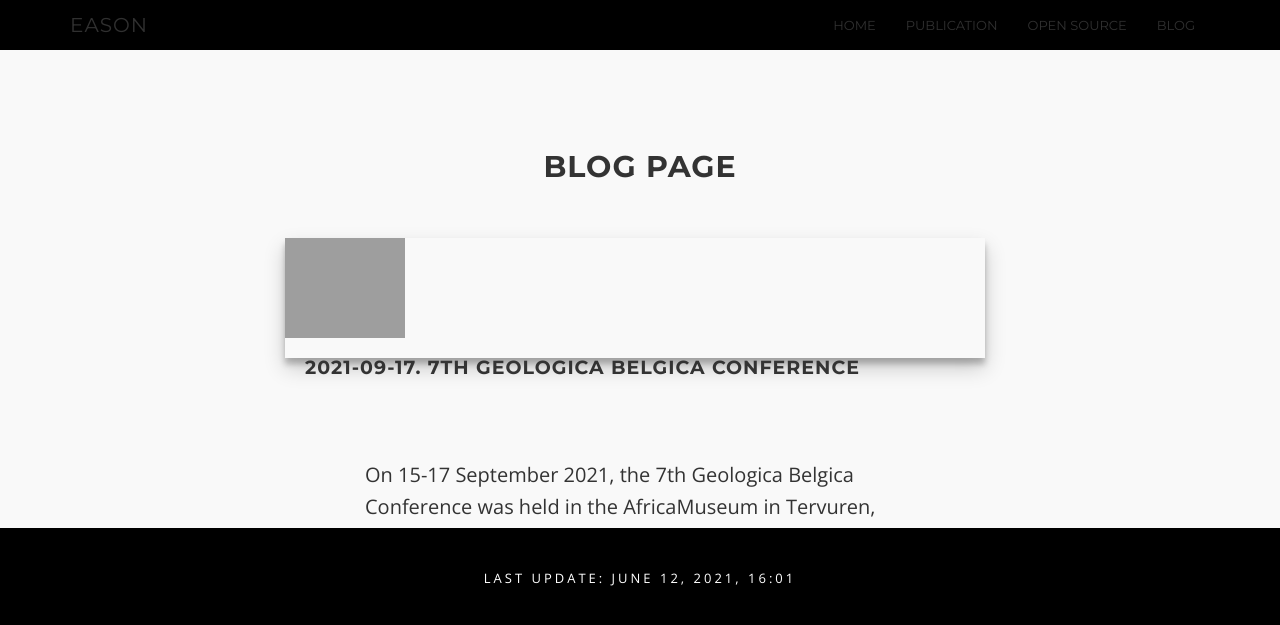
Repository: eazzzon/eazzzon.github.io
Page: blog.html
An editor plug-in stored every save of this project. The page is shown before and after the next save, followed by the edit.
The browser window is 1280 px wide. The pictures show the whole page.
Pictures or frames that could not be fetched are drawn as grey boxes.

Above is the page before, as saved 2021-09-18 13:15:08.

After the next save:
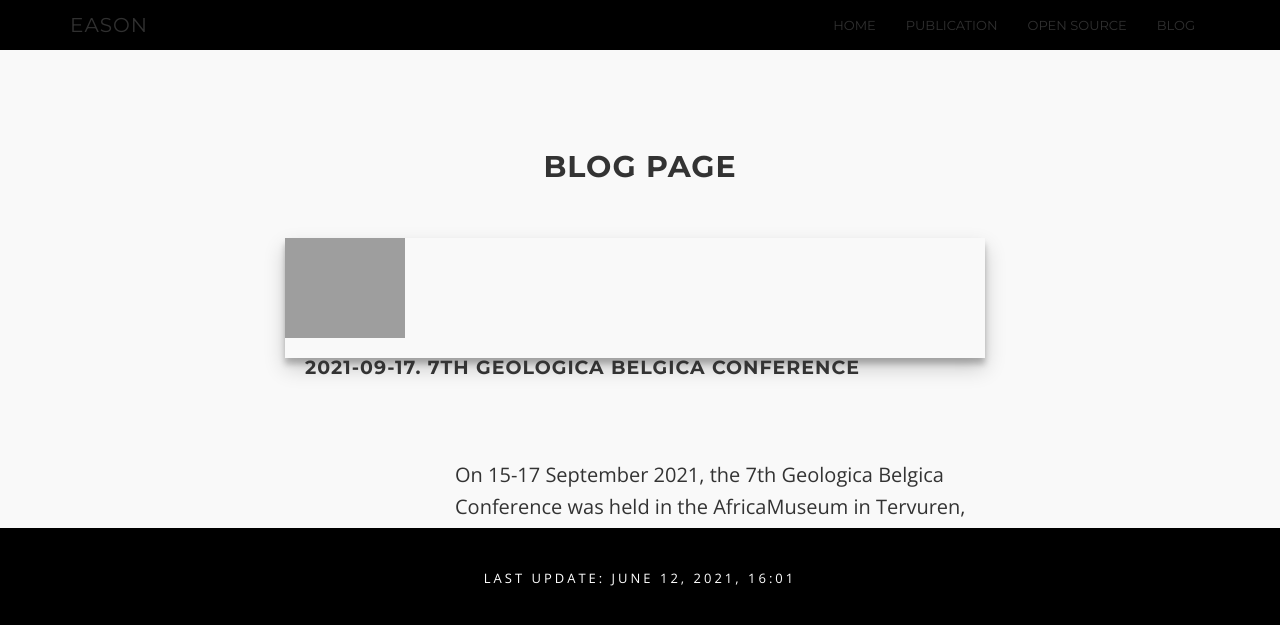
Saved 9 s later.
--- a/css/theme.css
+++ b/css/theme.css
@@ -444,7 +444,7 @@ section {
 	margin: 10px;
 	position: relative;
 	bottom: 15px;
-	left: 10px;
+	left: 100px;
   }
 
   .p2 {
